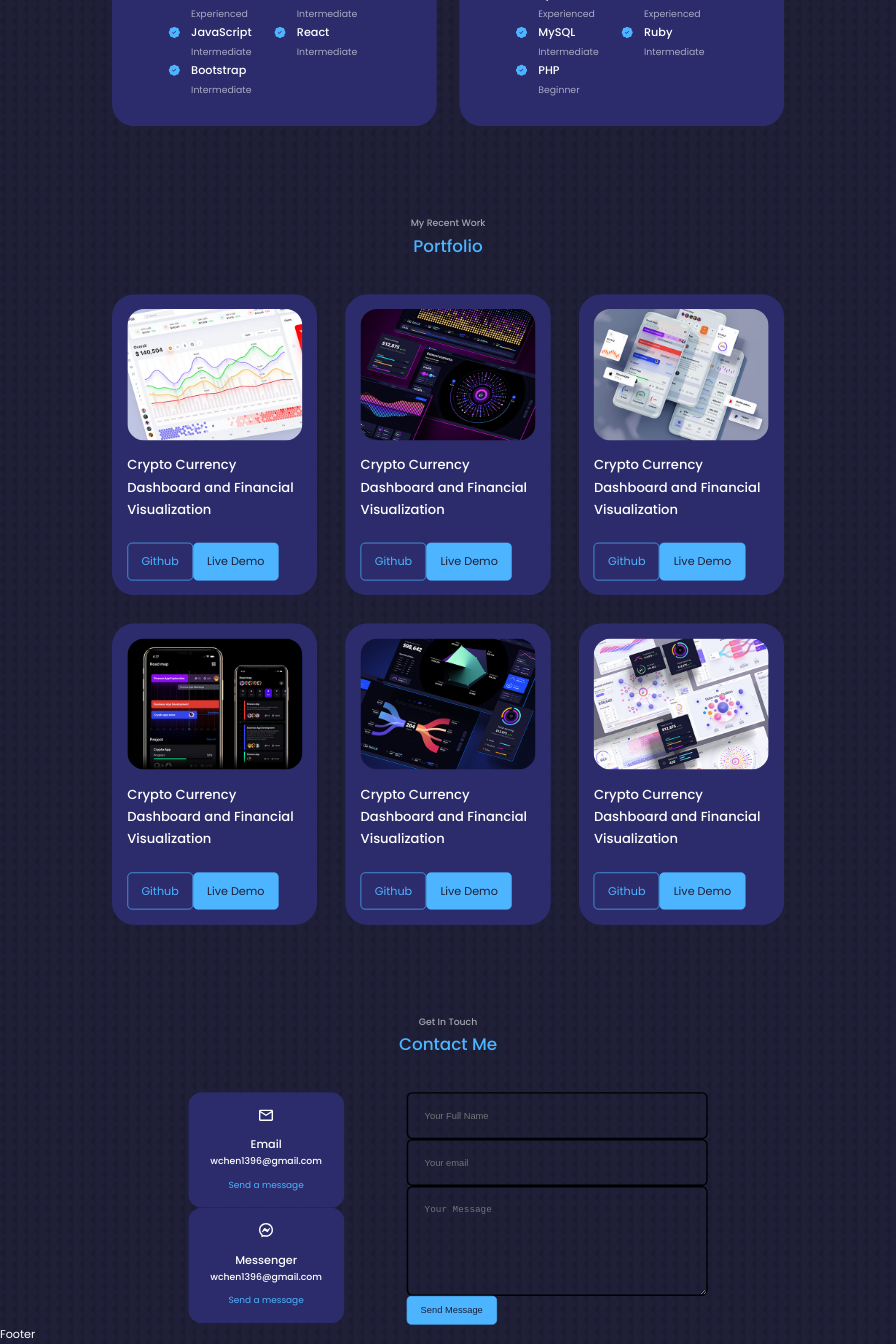
Repository: smallchungus/resumeWebsite
Page: / (app in hello/)
These files come from the project's save history. The page is drawn as it stood at one moment and after the next save; the edit follows.
The browser window is 1280 px wide. The pictures show the part of the page from y = 2026 to 3946 px (the page is 3946 px tall), at 70% of full size.
The project was rebuilt for these pictures with package versions that can differ from the ones it lists, and the page was loaded fresh each time. Also part of the build but not shown: hello/src/components/services/Services.jsx, hello/src/components/testimonial/Testimonial.jsx, hello/src/components/footer/footer.css. Imported but missing from the stored project, and not drawn on this page: hello/src/assets/cv.pdf.

Above is the page before, as saved 2023-03-24 13:28:15.

### hello/public/index.html
<!DOCTYPE html>
<html lang="en">

<head>
    <meta charset="UTF-8">
    <meta http-equiv="X-UA-Compatible" content="IE=edge">
    <meta name="viewport" content="width-device-width, initial-scale=1.0">
    <title>Resume Portfolio Website</title>
</head>
<body>
    <div id="root"></div>
</body>
</html>

### hello/src/App.jsx
import React from 'react'
import Header from './components/header/Header'
import Nav from './components/nav/Nav'
import About from './components/about/About'
import Experience from './components/experience/Experience'
import Services from './components/services/Services'
import Portfolio from './components/portfolio/Portfolio'
import Testimonial from './components/testimonial/Testimonial'
import Contact from './components/contact/Contact'
import Footer from './components/footer/Footer'

const App = () => {
  return (
    <>
    <Header />
    <Nav />
    <About />
    <Experience />
   {/* <Services /> */}
    <Portfolio />
  {/*<Testimonial/> */}
    <Contact />
    <Footer />
    </>
  )
}

export default App

### hello/src/index.css
@import url('https://fonts.googleapis.com/css2?family=Poppins:wght@300;400;500;600&display=swap');

*{
    margin: 0;
    padding: 0;
    border :0;
    outline: 0;
    box-sizing: border-box;
    list-style: none;
    text-decoration: none;

}

:root {
    --color-bg: #1f1f38;
    --color-bg-variant: #2c2c6c;
    --color-primary: #4db5ff;
    --color-primary-variant: rgba(77, 181, 255, 0.4);
    --color-white: #fff;
    --color-light: rgba(255,255,255,0.6);

    --transition: all 400ms ease;

    --container-width-lg: 75%;
    --container-width-md: 86%;
    --container-width-sm: 90%;

}

html{
    scroll-behavior: smooth;
}

body{
    font-family: 'Poppins', sans-serif;
    background: var(--color-bg);
    color: var(--color-white);
    line-height: 1.7;
    background-image: url(../src/assets/bg-texture.png)
}

/* ======================= General Styles =================*/

.container{
    width: var(--container-width-lg);
    margin: 0 auto;
}

h1,h2,h3,h4,h5{
    font-weight: 500;
}

h1{
    font-size:2.5rem;

}

section {
    margin-top: 8rem;

}

section > h2, section > h5 {
    text-align: center;
    color: var(--color-light);
}

section > h2 {
    color: var(--color-primary);
    margin-bottom: 3rem;
}

.text-light{
    color:var(--color-light);
}

a{
    color: var(--color-primary);
    transition: var(--transition);
}

a:hover{
    color: var(--color-white);
}

.btn{
    width: max-content;
    display: inline-block;
    color: var(--color-primary);
    padding: 0.75rem 1.2rem;
    border-radius: 0.4rem;
    cursor: pointer;
    border: 1px solid var(--color-primary);
    transition: var( --transition );
}

.btn:hover{
    background: var(--color-white);
    color: var(--color-bg);
    border-color: transparent;
}

.btn-primary{
    background: var(--color-primary);
    color: var(--color-bg);
}

img{
    display: block;
    width: 100%;
    object-fit: cover;
}


/*==================Media Queries (Medium Devices ) ============= */
@media screen and (max-width: 1024px) {
    .container{
        width: var(--container-width-md);
    }

    section{
        margin-top: 6rem;
    }
}

/*==================Media Queries (Small Devices ) ============= */
@media screen and (max-width: 600px) {
    .container{
        width: var(--container-width-sm);
    }

    section > h2{
        margin-top: 2rem;
    }
}

### hello/src/components/header/Header.jsx
import React from 'react'
import './header.css'
import CTA from './CTA'
import ME from '../../assets/me.png'
import HeaderSocials from './HeaderSocials'
const Header = () => {
  return (
    <header>
      <div className="container header_container">
        <h5>Hello I'm</h5>
        <h1>William Chen</h1>
        <h5 className='text-light'>Fullstack Developer</h5>
        <CTA />
        <HeaderSocials/>

        <div className="me">
          <img src={ME} alt="me" />
        </div>

        <a href='#contact' className='scroll_down'>Scroll down</a>
      </div>
    </header>
  )
}

export default Header

### hello/src/components/nav/Nav.jsx
import React from 'react'
import './nav.css'
import {AiOutlineHome} from 'react-icons/ai'
import {AiOutlineUser}  from 'react-icons/ai'
import {BiBook} from 'react-icons/bi'
import {RiServiceLine} from 'react-icons/ri'
import {BiMessageSquareDetail} from 'react-icons/bi'
import {useState} from 'react'

const Nav = () => {
  const[activeNav, setActiveNav] = useState('#');
  return (
    <nav>
      <a href="#" onClick={() => setActiveNav('#')} className={activeNav === '#' ? 'active' : ''}><AiOutlineHome/></a>
      <a href="#about" onClick={() => setActiveNav('#about')} className={activeNav === '#about' ? 'active' : ''}><AiOutlineUser/></a>
      <a href="#experience" onClick={() => setActiveNav('#experience')} className={activeNav === '#experience' ? 'active' : ''}><BiBook/></a>
      <a href="#services" onClick={() => setActiveNav('#services')} className={activeNav === '#services' ? 'active' : ''}><RiServiceLine/></a>
      <a href="#contact" onClick={() => setActiveNav('#contact')} className={activeNav === '#contact' ? 'active' : ''}><BiMessageSquareDetail/></a>
    </nav>
  )
}

export default Nav

### hello/src/components/about/About.jsx
import React from 'react'
import './about.css'
import ME from '../../assets/me-about.jpg'
import {FiAward} from 'react-icons/fi'
import {FiUsers} from 'react-icons/fi'
import {VscFolderLibrary} from 'react-icons/vsc'

const About = () => {
  return (
    <section id='about'>
      <h5>Get To Know </h5>
      <h2>About Me</h2>

      <div className="container about_container">
        <div className="about_me" >
          <div className="about_me-image">
          <img src={ME} alt="About Image" />
          </div>
        </div>

        <div className="about_content">
          <div className="about_cards">
            <article className="about_card">
              <FiAward className='about_icon'/>
              <h5>Experience</h5>
              <small>1 Year Working</small>
            </article>
            <article className="about_card">
              <FiUsers className='about_icon'/>
              <h5>Clients</h5>
              <small>200+ clients worldwide</small>
            </article>
            <article className="about_card">
              <VscFolderLibrary className='about_icon'/>
              <h5>Projects</h5>
              <small>80+ completed</small>
            </article>
          </div>
          <p>
          Lorem ipsum dolor sit amet, consectetur adipiscing elit. Etiam lacinia nisl sit amet placerat gravida. Phasellus nibh neque, placerat in faucibus
          id, eleifend id dui. Nunc ultrices condimentum elit eu faucibus. Curabitur sed libero magna. Pellentesque magna dui, egestas sed turpis
          sit amet, pretium dictum orci. Suspendisse vestibulum lacinia elit quis tempus. Integer at enim velit. Aenean scelerisque mollis nulla eu finibus. Aenean eu purus lacinia, ultricies dolor ac, finibus elit.
          Cras quis molestie ante. In tristique arcu libero, et egestas lorem eleifend ut. Maecenas eget sem scelerisque, aliquam nisl quis, consectetur urna. Sed at eros ac arcu iaculis blandit eget nec dui. Nullam porta,
          ipsum vitae pharetra vestibulum, nunc mi lacinia eros, pellentesque varius tortor nulla ut dui. Sed blandit leo pretium egestas vulputate. Pellentesque porta bibendum ante et consectetur.
          </p>
          <a href="#contact" className='btn btn-primary'>Let's Talk</a>

        </div>
      </div>
    </section>
  )
}

export default About

### hello/src/components/portfolio/Portfolio.jsx
import React from 'react'
import './portfolio.css'
import IMG1 from '../../assets/portfolio1.jpg'
import IMG2 from '../../assets/portfolio2.jpg'
import IMG3 from '../../assets/portfolio3.jpg'
import IMG4 from '../../assets/portfolio4.jpg'
import IMG5 from '../../assets/portfolio5.png'
import IMG6 from '../../assets/portfolio6.jpg'

const data =[
  {
    id: 1,
    image: IMG1,
    title: 'Crypto Currency Dashboard and Financial Visualization',
    github: 'https://github.com',
    demo: 'https://dribble.com/shots/16673715-Crypto-currency-dashboards-and-financial-data-visualization'
  },
  {
    id: 2,
    image: IMG2,
    title: 'Crypto Currency Dashboard and Financial Visualization',
    github: 'https://github.com',
    demo: 'https://dribble.com/shots/16673715-Crypto-currency-dashboards-and-financial-data-visualization'
  },
  {
    id: 3,
    image: IMG3,
    title: 'Crypto Currency Dashboard and Financial Visualization',
    github: 'https://github.com',
    demo: 'https://dribble.com/shots/16673715-Crypto-currency-dashboards-and-financial-data-visualization'
  },
  {
    id: 4,
    image: IMG4,
    title: 'Crypto Currency Dashboard and Financial Visualization',
    github: 'https://github.com',
    demo: 'https://dribble.com/shots/16673715-Crypto-currency-dashboards-and-financial-data-visualization'
  },
  {
    id: 5,
    image: IMG5,
    title: 'Crypto Currency Dashboard and Financial Visualization',
    github: 'https://github.com',
    demo: 'https://dribble.com/shots/16673715-Crypto-currency-dashboards-and-financial-data-visualization'
  },
  {
    id: 6,
    image: IMG6,
    title: 'Crypto Currency Dashboard and Financial Visualization',
    github: 'https://github.com',
    demo: 'https://dribble.com/shots/16673715-Crypto-currency-dashboards-and-financial-data-visualization'
  },
]
const Portfolio = () => {
  return (
    < section id='portfolio'>
    <h5>My Recent Work</h5>
    <h2>Portfolio</h2>

    <div className="container portfolio_container">
    {
      data.map(({id, image, title, github, demo}) => {
        return(
      <article key={id} className='portfolio_item'>
        <div className='portfolio_item-image'>
          <img src={image} alt={title}/>
        </div>
        <h3>{title}</h3>
        <div className="portoflio_item-cta">
          <a href={github} className='btn' target='blank'>Github</a>
          <a href={demo} className='btn btn-primary' target='_blank'>Live Demo</a>
        </div>
      </article>
        )
      })
    }
    </div>
  </section>
  )
}

export default Portfolio

### hello/src/components/contact/Contact.jsx
import React from 'react'
import './contact.css'
import {MdOutlineEmail} from 'react-icons/md'
import {RiMessengerLine} from 'react-icons/ri'


const Contact = () => {
  return (
    <section id='contact'>
      <h5>Get In Touch</h5>
      <h2>Contact Me</h2>

      <div className="container contact_container">
        <div className="contact_options">
          <article className="contact_option">
            <MdOutlineEmail className='contact_option-icon'/>
            <h4>Email</h4>
            <h5>wchen1396@gmail.com</h5>
            <a href="mailto:wchen1396@gmail.com">Send a message</a>
          </article>
          <article className="contact_option">
            <RiMessengerLine className='contact_option-icon'/>
            <h4>Messenger</h4>
            <h5>wchen1396@gmail.com</h5>
            <a href="https://www.facebook.com/smalltaiwaneseboyo/">Send a message</a>
          </article>
        </div>
        {/*END OF CONTACT OPTIONS */}
        <form action="">
          <input type="text" name='name' placeholder='Your Full Name' required/>
          <input type='email' name='email' placeholder='Your email' required/>
          <textarea name="message" rows="7" placeholder='Your Message' required></textarea>
          <button type='submit' className='btn btn-primary'>Send Message</button>
        </form>
      </div>
    </section>
  )
}

export default Contact

### hello/src/components/header/header.css
header {
    height: 100vh;
    padding-top: 7rem;
    overflow: hidden;
}

.header_container{
    text-align: center;
    height: 100%;
    position: relative;
}

/*========================= CTA ======================= */
.cta {
    margin-top: 2.5rem;
    display: flex;
    gap: 1.2rem;
    justify-content: center;

}

/* ======================= Header Socials ==================== */
.header_socials {
    display: flex;
    flex-direction: column;
    align-items: center;
    gap: 0.8rem;
    position: absolute;
    left: 0;
    bottom: 3rem;

}

.header_socials::after{
    content: '';
    width: 1px;
    height: 2rem;
    background: var(--color-primary);
}

/* ===================== ME ==================*/

.me{
    background: linear-gradient(var(--color-primary), transparent);
    width: 22rem;
    height: 30rem;
    position: absolute;
    left: calc(50% - 11rem);
    margin-top: 4rem;
    border-radius: 12rem 12rem 0 0;
    overflow: hidden;
    padding: 5rem 1.5rem 1.5rem 1.5rem;

}

.scroll_down {
    position: absolute;
    right: -2.3rem;
    bottom: 5rem;
    transform: rotate(90deg);
    font-weight: 300;
    font-size: 0.9rem;
}

@media screen and (max-width: 600px) {
    header {
        height: 100vh;
    }
}

@media screen and (max-width: 600px)
{
    header {
        height: 100vh;
    }

    .header_socials, .scroll_down{
        display: none;
    }
}

### hello/src/components/header/CTA.jsx
import React from 'react'
import CV from '../../assets/cv.pdf'
const CTA = () => {
  return (
    <div className ='cta'>
        <a href={CV} download className='btn'>Download CV</a>
        <a href="#contact" className='btn btn-primary'>Let's Talk</a>
    </div>
  )
}

export default CTA

### hello/src/components/header/HeaderSocials.jsx
import React from 'react'
import {BsLinkedin} from 'react-icons/bs'
import {BsGithub} from 'react-icons/bs'
import {AiFillDribbbleSquare} from 'react-icons/ai'
const HeaderSocials = () => {
  return (
    <div className='header_socials'>
        <a href="https://linkedin.com/willchenn" target="_blank"><BsLinkedin></BsLinkedin></a>
        <a href="https://github.com/smallchungus" target="_blank"><BsGithub></BsGithub></a>
        <a href="https://dribble.com/" target="_blank"><AiFillDribbbleSquare></AiFillDribbbleSquare></a>
        </div>
  )
}

export default HeaderSocials

### hello/src/components/nav/nav.css
nav {
    background: rgba(0, 0, 0, 0.3);
    width: max-content;
    display: block;
    padding: 0.7rem 1.7rem;
    z-index: 2;
    position: fixed;
    left: 50%;
    transform: translateX(-50%);
    bottom: 2rem;
    display: flex;
    gap: 0.8rem;
    border-radius: 3rem;
    backdrop-filter: blur(15px);
}

nav a{
    background: transparent;
    padding: 0.9rem;
    border-radius: 50%;
    display: flex;
    color: var(--color-light);
    font-size: 1.1rem;
}

nav a:hover{
    background: rgba(0,0,0,0.3);
}

nav a.active {
    background: var(--color-bg);
    color: var(--color-white);
}

### hello/src/components/about/about.css
.about_container {
    display: grid;
    grid-template-columns: 35% 50%;
    gap: 15%;
}

.about_me {
    width: 100%;
    aspect-ratio: 1/1;
    border-radius: 2rem;
    background: linear-gradient(
        45deg,
        transparent,
        var(--color-primary),
        transparent
    );
    display: grid;
    place-items: center;
}

.about_me-image{
    border-radius: 2rem;
    overflow: hidden;
    transform: rotate(10deg);
    transition: var(--transition);

}

.about_me-image:hover{
    transform: rotate(0);
}

.about_cards{
    display: grid;
    grid-template-columns: repeat(3, 1fr);
    gap: 1.5rem;
}

.about_card {
    background: var(--color-bg-variant);
    border: 1px solid transparent;
    border-radius: 1rem;
    padding: 2rem;
    text-align: center;
    transition: var(--transition);
}

.about_card:hover {
    background: transparent;
    border-color: var(--color-primary-variant);
    cursor: default;
}

.about_icon {
    color: var(--color-primary);
    font-size: 1.4 rem;
    margin-bottom: 1rem;
}

.about_card h5 {
    font-size: 0.95rem;
}

.about_card small {
    font-size: 0.7 rem;
    color: var(--color-light);
}

.about_content p {
    margin: 2rem 0 2.6 rem;
    color: var(--color-light);
}

@media screen and (max-width: 1024px) {
    .about_container {
        grid-template-columns: 1fr;
        gap: 0;
    }

    .about_me {
        width: 50%;
        margin: 2rem auto 4rem;
    }

    .about_content p{
        margin: 1rem 0 1.5rem;
    }
}

@media screen and (max-width: 600px )
{
    .about_me{
        width: 65%;
        margin: 0 auto 3rem;
    }
    .about_cards {
        grid-template-columns: 1fr 1fr;
        gap: 1rem;
    }
    .about_content {
        text-align: center;
    }
    .about_content p {
        margin: 1.5rem 0;
    }
}

### hello/src/components/experience/experience.css
.experience_container{
    display: grid;
    grid-template-columns: 1fr 1fr;
    gap: 2rem;
}

.experience_container > div {
    background: var(--color-bg-variant);
    padding: 2.4rem 5rem;
    border-radius: 2rem;
    border: 1px solid transparent;
    transition: var(--transition);
}

.experience_container > div:hover {
    background: transparent;
    border-color: var(--color-primary-variant);
    cursor: default;
}

.experience_container > div h3 {
    text-align: center;
    margin-bottom: 2rem;
    color: var(--color-primary);
}

.experience_content {
    display: grid;
    grid-template-columns: 1fr 1fr;
}

.experience_details {
    display: flex;
    gap: 1rem;
}

.experience_details_icon {
     margin-top: 6px;
     color: var(--color-primary);
}


@media screen and (max-width:1024px) {
    .experience_container {
        grid-template-columns: 1fr;
    }

    .experience_container > div{
        width: 80%;
        padding: 2rem;
        margin: 0 auto;
    }
    .experience_content{
        padding: 1rem;
    }
}

@media screen and (max-width:600px) {
    .experience_container {
        gap: 1rem;
    }

    .experience_container > div {
        width: 100%;
        padding: 2rem 1rem;
    }
}

### hello/src/components/portfolio/portfolio.css
.portfolio_container{
    display:grid;
    grid-template-columns: repeat(3, 1fr);
    gap: 2.5rem;
}

.portfolio_item{
    background: var(--color-bg-variant);
    padding: 1.3rem;
    border-radius: 2rem;
    border: 1px solid transparent;
    transition: var(--transition);
}

.portfolio_item:hover {
    border-color: var(--color-primary-variant);
    background:transparent;
}

.portfolio_item-image{
    border-radius: 1.5rem;
    overflow: hidden;
}

.portfolio_item h3{
    margin: 1.2rem 0 2rem;
}

.portolio_item-cta{
    display: flex;
    gap: 1rem;
    margin-bottom: 1rem;
}

@media screen and (max-width: 1024px) {
    .portfolio_container{
        grid-template-columns: 1fr 1fr;
        gap: 1.2rem;
    }

}
@media screen and (max-width: 600px) {
    .portfolio_container{
        grid-template-columns: 1fr;
        gap: 1rem;
    }

}

### hello/src/components/contact/contact.css
.container.contact_container{
    width: 58%;
    display: grid;
    grid-template-columns: 30% 58%;
    gap: 12%;
}

.contact_options {
    display: flex;
    flex-direction: column;
    gap: 1.2 rem;
}

.contact_option {
    background: var(--color-bg-variant);
    padding: 1.2rem;
    border-radius: 1.2rem;
    text-align: center;
    border: 1px solid transparent;
    transition: var(--transition);
}

.contact_option:hover {
    background: transparent;
    border-color: var(--color-primary-variant);
}

.contact_option-icon{
    font-size:1.5rem;
    margin-bottom: 0.5rem;
}

.contact_option a{
    margin-top: 0.7rem;
    display:inline-block;
    font-size: 0.8rem;
}

/*======================== FROM ======================= */
form {
    display: flex;
    flex-direction: column;
    gap: 1.2 rem;
}

input, textarea {
    width: 100%;
    padding: 1.5rem;
    border-radius: 0.5rem;
    background: transparent;
    border: 2px solid
}

Loaded but not shown: hello/src/index.js (common file); hello/src/components/footer/Footer.jsx (common file); hello/src/components/experience/Experience.jsx (99 lines, source omitted); hello/src/components/services/services.css (no stored copy; drawn as an empty file); hello/src/components/testimonial/testimonial.css (no stored copy; drawn as an empty file)

After the next save:
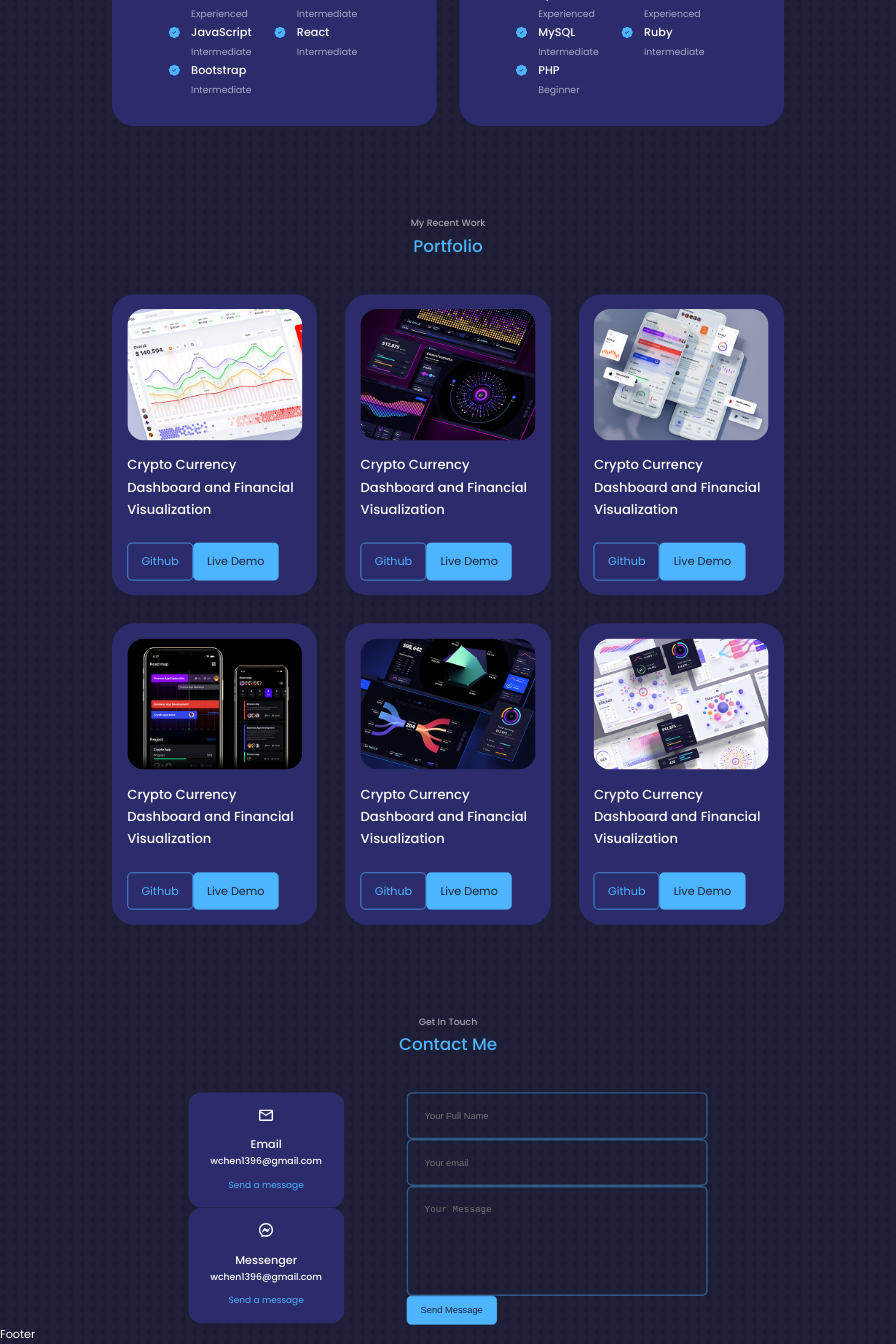
Saved 48 s later.
--- a/hello/src/components/contact/contact.css
+++ b/hello/src/components/contact/contact.css
@@ -48,5 +48,6 @@ input, textarea {
     padding: 1.5rem;
     border-radius: 0.5rem;
     background: transparent;
-    border: 2px solid
+    border: 2px solid var(--color-primary-variant);
+    resize: none;
 }
